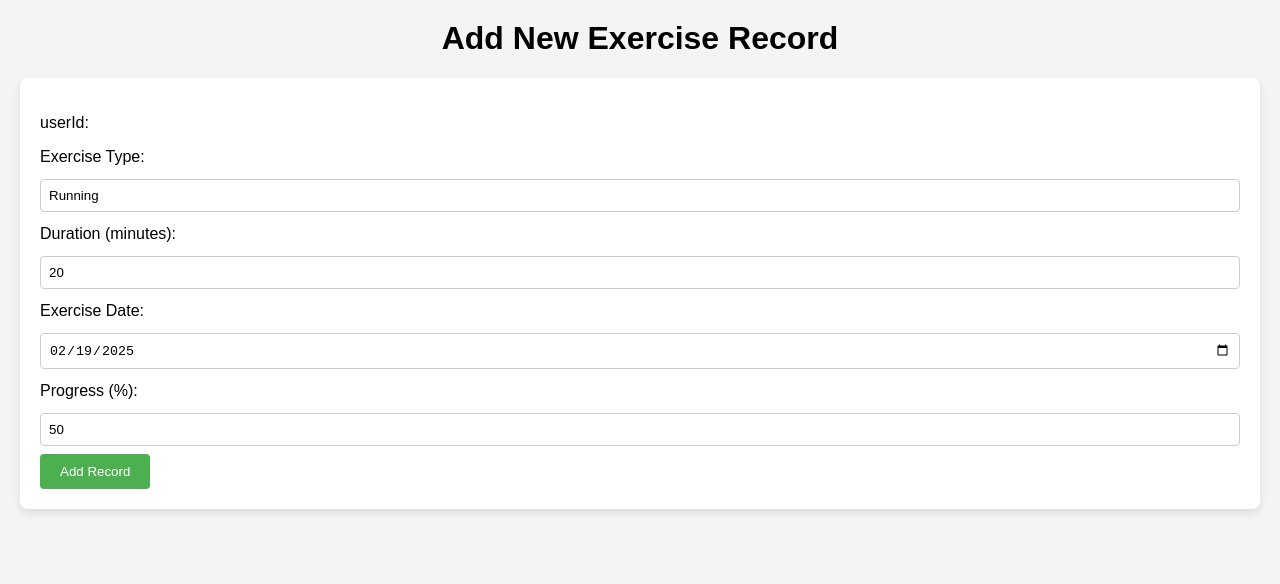
Repository: zilxhasu/eeit94-topic2
Page: http://localhost/topic2/jsp/addExerciseRecord.jsp
The author's editor kept a copy of each file at every save. The page is drawn from the files as they stood at one save, then again after the next save.
The browser window is 1280 px wide. The pictures show the whole page.
The page is served by Tomcat 10. Nobody is signed in. The application's start-up code is not run.

Above is the page before, as saved 2025-02-22 09:49:41.

After the next save:
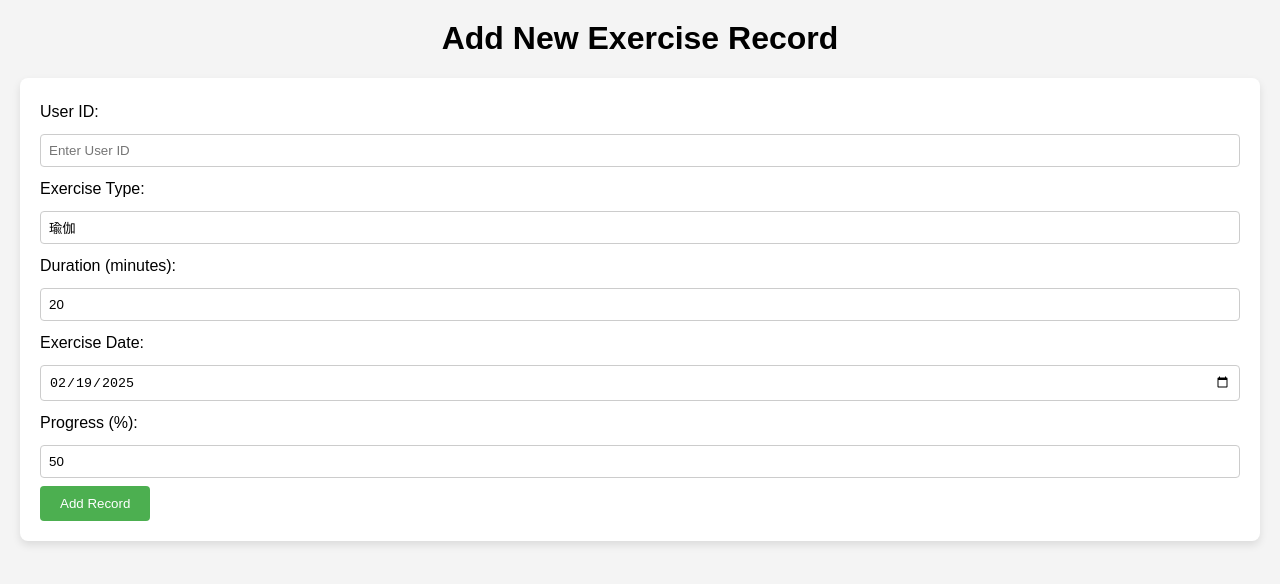
Saved 2 min 4 s later.
--- a/topic2/src/main/webapp/jsp/addExerciseRecord.jsp
+++ b/topic2/src/main/webapp/jsp/addExerciseRecord.jsp
@@ -58,28 +58,26 @@
     </style>
 </head>
 <body>
+
     <h1>Add New Exercise Record</h1>
 
-    <!-- 用戶輸入 User ID -->
+    <!-- 用戶輸入 User ID 並添加運動紀錄 -->
     <form action="../ExerciseRecordServlet" method="post">
         <input type="hidden" name="action" value="add">
-        <p>userId: ${userId}</p>
 
-        <!-- 隱藏欄位傳遞 userId -->
-        <input type="hidden" name="userId" value="${userId}">
+        <label for="userId">User ID:</label>
+        <input type="number" name="userId" required placeholder="Enter User ID">
 
-        <label>Exercise Type:</label>
-        <input type="text" name="exerciseType" required placeholder="Enter Exercise Type" value="Running">
+        <label for="exerciseType">Exercise Type:</label>
+        <input type="text" name="exerciseType" required placeholder="Enter Exercise Type" value="瑜伽">
 
-        <label>Duration (minutes):</label>
+        <label for="exerciseDuration">Duration (minutes):</label>
         <input type="number" name="exerciseDuration" required placeholder="Enter Duration" value="20">
 
-        <!-- 移除卡路里欄位，因為它會由後端計算 -->
-
-        <label>Exercise Date:</label>
+        <label for="exerciseDate">Exercise Date:</label>
         <input type="date" name="exerciseDate" required id="exerciseDate">
 
-        <label>Progress (%):</label>
+        <label for="progressPercentage">Progress (%):</label>
         <input type="number" name="progressPercentage" required placeholder="Enter Progress" value="50">
 
         <button type="submit">Add Record</button>
@@ -90,5 +88,6 @@
         const today = new Date().toISOString().split('T')[0]; // 轉換為 'YYYY-MM-DD' 格式
         document.getElementById('exerciseDate').value = today; // 設置為 input 的預設值
     </script>
+
 </body>
 </html>
